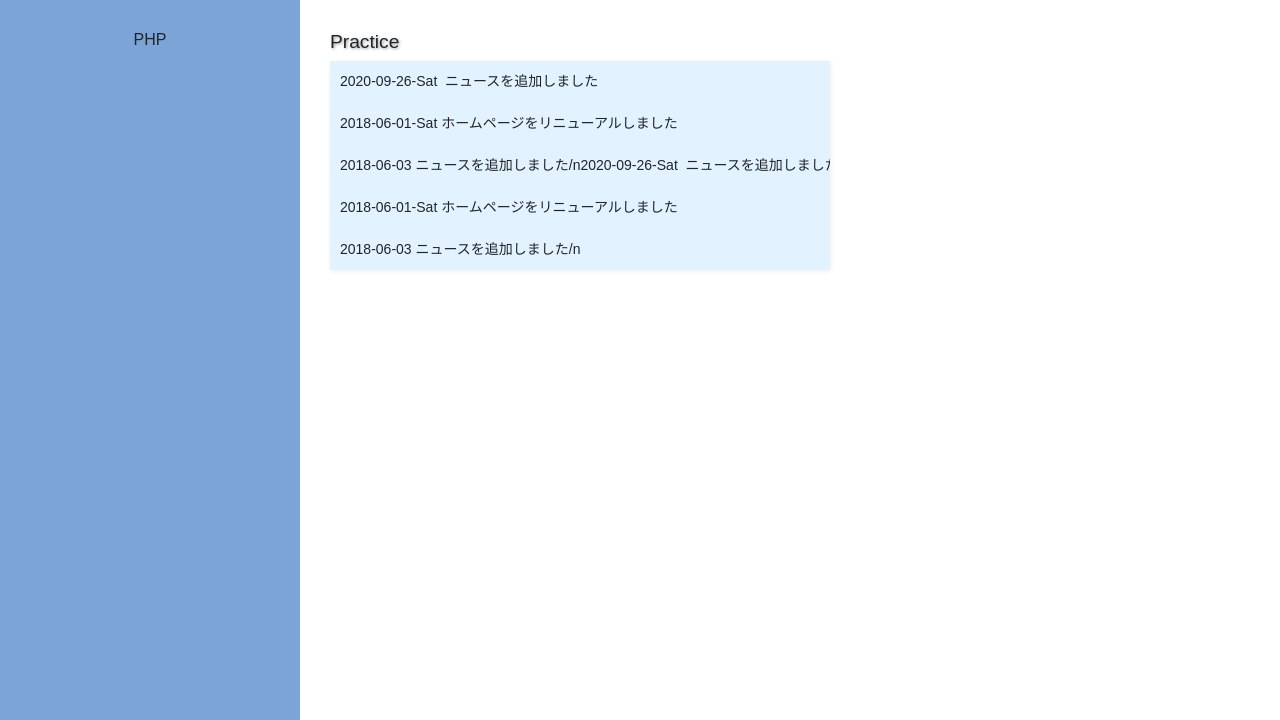
Repository: takeco/practice
Page: http://localhost/php/sample14.php
These files come from the project's save history. The page is drawn as it stood at one moment and after a run of saves; the edit follows.
The browser window is 1280 px wide. The pictures show the whole page.
The page is run by PHP 8.4 with error messages shown; the project is at /var/www/html/.

Above is the page before, as saved 2020-09-26 09:28:47.

### php/sample14.php
<!doctype html>
<html lang="ja">
<head>
<!-- Required meta tags -->
<meta charset="utf-8">
<meta name="viewport" content="width=device-width, initial-scale=1, shrink-to-fit=no">

<!-- Bootstrap CSS -->
<link rel="stylesheet" href="css/style.css">

<title>PHP</title>
</head>
<body>
<header>
<h1 class="font-weight-normal">PHP</h1>
</header>

<main>
<h2>Practice</h2>
<pre>
<?php
$date = sprintf('%04d年 % 2d月 % 2d日 %s',date('Y'),date('n'),date('j'), '金');
$news = file_get_contents('../news_data/news.txt');
$news .= "2018-06-03 ニュースを追加しました/n";
file_put_contents('../news_data/news.txt', $news);
readfile('../news_data/news.txt');
print($news);

// $s = $s . 'add';
// $s .= 'add';

?>
</pre>
</main>
</body>
</html>

### news_data/news.txt
2020-09-26-Sat  ニュースを追加しました

2018-06-01-Sat ホームページをリニューアルしました

### php/css/style.css
@import url(bootstrap.min.css);

body,
pre {
  font-family: "游ゴシック Medium", "游ゴシック体", "Yu Gothic Medium", YuGothic, sans-serif;
}
header {
  text-align: center;
  position: fixed;
  top: 0;
  left: 0;
  width: 300px;
  height: 100vh;
  background-color: #7CA4D7
}
header h1 {
  font-size: 100%;
  margin-top: 30px;
}
header h1 span {
  display: block;
}
main {
  margin-left: 300px;
  padding: 30px;
}
main h2 {
  font-size: 120%;
  text-shadow: 1px 1px 3px #999;
}
main h2 img {
  height: 1em;
}
pre {
  min-height: 100px;
  padding: 10px;
  background-color: #e3f2ff;
  box-shadow: 1px 1px 5px #eee;
  width: 500px;
}
hr {
  border-color: #7CA4D7;
}
.content {
  margin-top: 30px;
}
form {
  margin-top: 50px;
}
time {
  color: #999;
  font-size: 80%;
}
article {
  margin-top: 30px;
}

/* .row-indication{
  font-size: 30px;
  display: flex;
  flex-direction: row;
} */

Loaded but not shown: php/css/bootstrap.min.css (library)

After the next 5 saves:
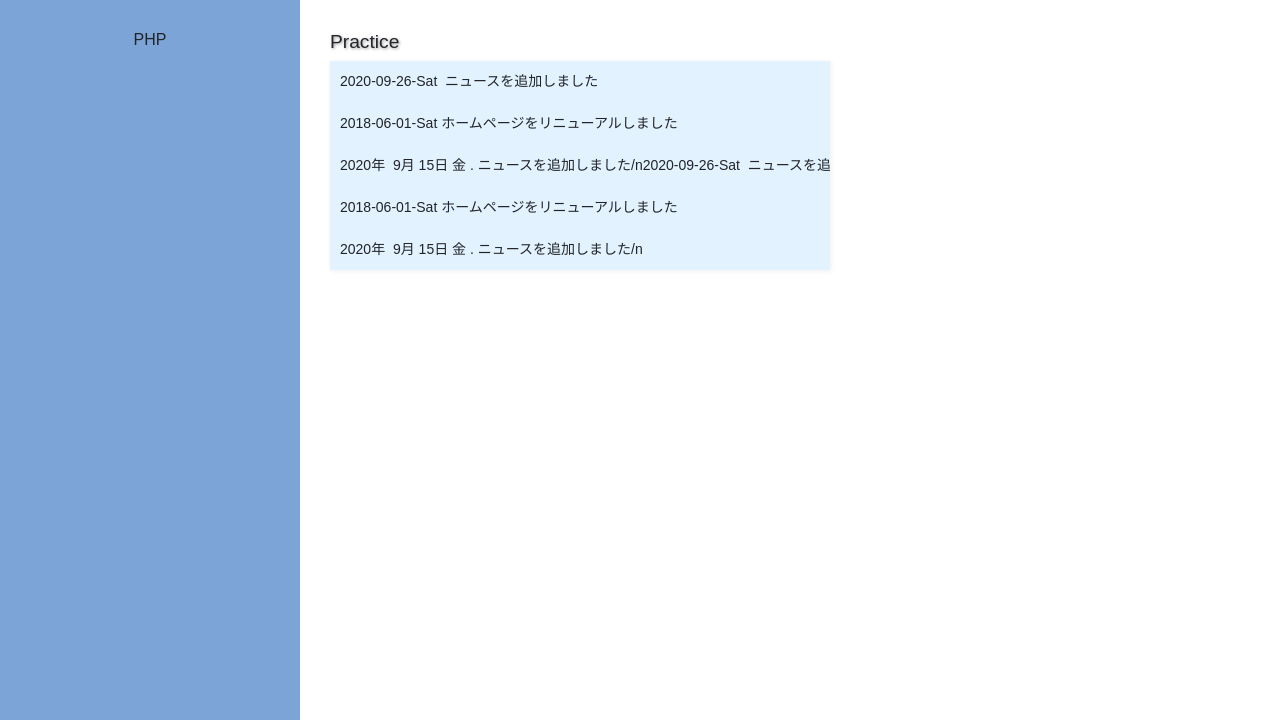
The 5 saves are shown as one change because they came seconds apart.
The last was saved 49 s later.
--- a/php/sample14.php
+++ b/php/sample14.php
@@ -21,7 +21,7 @@
 <?php
 $date = sprintf('%04d年 % 2d月 % 2d日 %s',date('Y'),date('n'),date('j'), '金');
 $news = file_get_contents('../news_data/news.txt');
-$news .= "2018-06-03 ニュースを追加しました/n";
+$news .= "$date . ニュースを追加しました/n";
 file_put_contents('../news_data/news.txt', $news);
 readfile('../news_data/news.txt');
 print($news);
